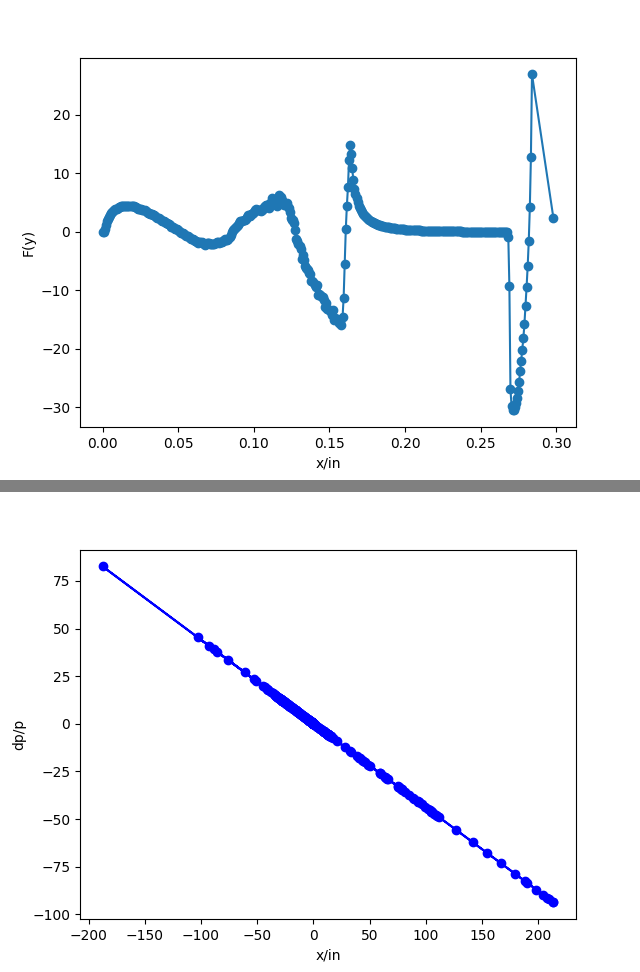
Repository: leiradom/Modified-linear-theory
Script's output: python 2_F_function.py
These files come from the project's save history. The script's output is drawn as it stood at one moment and after the next save; the edit follows.
Each picture stacks the figures in order, with grey between them; figures that are only written to a file come last. Random numbers start from a fixed seed.

Above is the script's output before, as saved 2021-04-14 11:24:27.

### 2_F_function.py
#本程序实现求解无升力构型的F函数
#同时求解出未经修正的压力信号
#F函数是无量纲的

import math
import numpy as np
import matplotlib.pyplot as plt


M = 1.7                    #输入马赫数
P0 = 101325                 #输入大气静压
gama = 1.4                  #比热比
B = math.sqrt(M * M - 1)    #修正因子
k = (1 / math.sqrt(2)) * (gama + 1) * M**4 * B**(-1.5)   #特征性系数k
r0 = 0.63072                      #r0为计算的位置  DWB为63.072  model1为20 2、3为10
con = (gama * M**2)/(math.sqrt(2 * B * r0))   #最后用来求压力的

volume = np.loadtxt("se.txt",dtype=np.float64)   #存放体积分布的数据文件
#Lift = np.loadtxt("volume.txt",dtype=np.float64)    #存放升力分布的数据文件
#cau = np.loadtxt("cauchy.txt",dtype=np.float64)      #积分含有哑元的存放

a = len(volume)        #a为b的长度
#print(a)              #检查文件长度

X = np.ones(a)     #存放x的数组
Y = np.ones(a)     #存放y的数组
Y0 = np.ones(a)    #存放含哑元的表达式的值


#提取体积分布数据中的两列数据
for i in range(0,a):
    c = volume[i][0]
    d = volume[i][1]
    #ca = cau[i][1]
    X[i] = c
    Y[i] = d
    #Y0[i] = ca

#print(X)
#print(Y)

#通过变上限积分求解F函数，积分使用梯形公式
F = np.ones(a, dtype=np.float64)   #产生一个长度为a的初始化数组
X1 = np.ones(a, dtype=np.float64)
delta_P = np.ones(a, dtype=np.float64)
X1[0] = 0.0        #强制F的第一个值为0
delta_P[0] = 0.0   #强制F的第一个值为0
F[0] = 0.0         #强制F的第一个值为0


for i in range(1,a):
    #内层积分，积到x
    s = 0
    for j in range(0,i-1):
        s0 =Y[j+1] * ((1 / math.sqrt(X[i]-X[j+1])) + Y[j] * (1 / math.sqrt(X[i]-X[j])) * (X[j + 1] - X[j]) / (2))
        #s0 = (((Y0[j+1] + Y0[j]) * (X[j + 1] - X[j])) / (2))    #第(j+1)个梯形的面积
        s = s0 + s    #S为最后的积分
    #内层积分，积到x
    F[i] = (1/(2 * math.pi)) * s     #乘以外面的一个/1200
    #求dp/p的值
    delta_P[i] = con * F[i]
    #扭曲后的x的值为x1
    X1[i] = (B * r0 - k * F[i] * math.sqrt(r0) + X[i])
    print(i,X[i],F[i])
    #print(X1[i]-B * r0,delta_P[i])


#将计算结果输出


#绘制F函数的图像
plt.plot(X, F,'-o')
plt.xlabel("x/in")
plt.ylabel('F(y)')
plt.show()




X0 = np.zeros(a)
for i in range(1,a):
    X0[i] = X1[i] - B * r0

#绘制未修正的过压的图像
plt.plot(X0, delta_P,'-o',c='b')
plt.xlabel("x/in")
plt.ylabel('dp/p')
plt.show()

'''
for i in range(1,a):
    print(X0[i],delta_P[i])
'''
#delta_P = np.ones[a]    #储存过压的数组
#delta_P[i] = P0 * ((gama * M * M)/(math.sqrt(2 * B * r0))) * F[i]

### se.txt
  0.0000000E+00  0.0000000E+00
  7.1150326E-04  9.2521057E-02
  1.4230065E-03  0.1377714
  2.1345099E-03  0.1453605
  2.8460131E-03  0.1411321
  3.5575163E-03  0.1369435
  4.2690197E-03  0.1320622
  4.9805227E-03  0.1410265
  5.6920261E-03  0.1218772
  6.4035296E-03  0.1095133
  7.1150325E-03  0.1070168
  7.8265360E-03  0.1050064
  8.5380394E-03  0.1020043
  9.2495428E-03  9.9586390E-02
  9.9610453E-03  0.1158955
  1.0672549E-02  8.6904086E-02
  1.1384052E-02  8.0675349E-02
  1.2095556E-02  7.7529542E-02
  1.2807059E-02  7.6915309E-02
  1.3518562E-02  7.4353196E-02
  1.4230065E-02  6.3599035E-02
  1.4941568E-02  5.6768138E-02
  1.5653072E-02  6.7310780E-02
  1.6364574E-02  5.6164488E-02
  1.7076079E-02  5.2460223E-02
  1.7787581E-02  5.0102849E-02
  1.8499086E-02  4.9276680E-02
  1.9210588E-02  4.8349641E-02
  1.9922091E-02  4.8471559E-02
  2.0633595E-02  3.9294865E-02
  2.1345098E-02  2.6847998E-02
  2.2056602E-02  1.6341720E-02
  2.2768104E-02  1.7721495E-02
  2.3479607E-02  2.6898302E-02
  2.4191111E-02  3.3933859E-02
  2.4902614E-02  2.2270327E-02
  2.5614118E-02  1.1023833E-02
  2.6325621E-02  2.0840364E-02
  2.7037123E-02  8.0199055E-03
  2.7748628E-02  1.9115644E-03
  2.8460130E-02 -4.5273658E-03
  2.9171634E-02 -1.4070838E-02
  2.9883137E-02 -7.4737854E-03
  3.0594639E-02 -1.2906586E-02
  3.1306144E-02  9.9602044E-03
  3.2017648E-02  7.5313156E-03
  3.2729149E-02 -2.7739098E-03
  3.3440653E-02 -1.3380881E-02
  3.4152158E-02 -2.2062156E-02
  3.4863658E-02 -3.6377024E-02
  3.5575163E-02 -2.6919860E-02
  3.6286667E-02 -1.7132128E-02
  3.6998171E-02 -2.1832192E-02
  3.7709672E-02 -3.3847447E-02
  3.8421176E-02 -3.6420144E-02
  3.9132681E-02 -2.6704552E-02
  3.9844181E-02 -1.9776683E-02
  4.0555686E-02 -2.8084040E-02
  4.1267190E-02 -4.6423949E-02
  4.1978691E-02 -2.6129369E-02
  4.2690195E-02 -2.8371492E-02
  4.3401700E-02 -3.8489796E-02
  4.4113204E-02 -4.9815916E-02
  4.4824705E-02 -6.3670576E-02
  4.5536209E-02 -3.7914891E-02
  4.6247713E-02 -6.7523129E-02
  4.6959214E-02 -4.8751824E-02
  4.7670718E-02 -3.7311245E-02
  4.8382223E-02 -3.6132690E-02
  4.9093727E-02 -4.5590330E-02
  4.9805228E-02 -6.1715901E-02
  5.0516732E-02 -7.5197391E-02
  5.1228236E-02 -6.1084144E-02
  5.1939737E-02 -4.6538446E-02
  5.2651241E-02 -4.2830318E-02
  5.3362746E-02 -4.9212262E-02
  5.4074246E-02 -6.3325629E-02
  5.4785751E-02 -7.6203473E-02
  5.5497255E-02 -4.9441710E-02
  5.6208760E-02 -6.7321911E-02
  5.6920260E-02 -7.4679978E-02
  5.7631765E-02 -7.3185228E-02
  5.8343269E-02 -6.0078055E-02
  5.9054770E-02 -5.4127172E-02
  5.9766274E-02 -6.9477096E-02
  6.0477778E-02 -7.4968211E-02
  6.1189279E-02 -6.2262058E-02
  6.1900783E-02 -8.2843609E-02
  6.2612288E-02 -6.2808871E-02
  6.3323788E-02 -4.7371555E-02
  6.4035296E-02 -3.9611273E-02
  6.4746797E-02 -3.8835142E-02
  6.5458298E-02 -7.5139105E-02
  6.6169806E-02 -8.2758233E-02
  6.6881306E-02 -6.3901201E-02
  6.7592807E-02 -2.9262284E-02
  6.8304315E-02 -1.2188083E-02
  6.9015816E-02 -1.9288218E-02
  6.9727316E-02 -4.2743631E-02
  7.0438825E-02 -5.2661721E-02
  7.1150325E-02 -4.8090179E-02
  7.1861833E-02 -4.0214926E-02
  7.2573334E-02 -4.9643442E-02
  7.3284835E-02 -2.4893062E-02
  7.3996343E-02 -2.1559109E-03
  7.4707843E-02 -3.9093853E-03
  7.5419344E-02 -2.1874851E-02
  7.6130852E-02 -3.0901391E-02
  7.6842353E-02 -1.1354464E-02
  7.7553853E-02 -2.7365122E-02
  7.8265361E-02 -1.2992957E-02
  7.8976862E-02  9.6297357E-03
  7.9688363E-02  2.0380117E-02
  8.0399871E-02  4.8004952E-03
  8.1111372E-02 -1.2216829E-02
  8.1822872E-02 -1.2015359E-02
  8.2534380E-02  2.0696746E-02
  8.3245881E-02  4.4756711E-02
  8.3957382E-02  7.0367455E-02
  8.4668890E-02  9.4630122E-02
  8.5380390E-02  0.1028492
  8.6091898E-02  7.5600609E-02
  8.6803399E-02  6.6747002E-02
  8.7514900E-02  6.6515647E-02
  8.8226408E-02  6.5453455E-02
  8.8937908E-02  8.2557015E-02
  8.9649409E-02  0.1078795
  9.0360917E-02  0.1120786
  9.1072418E-02  5.9388161E-02
  9.1783918E-02  5.7001092E-02
  9.2495427E-02  6.6632025E-02
  9.3206927E-02  5.4702647E-02
  9.3918428E-02  7.7438697E-02
  9.4629936E-02  0.1130272
  9.5341437E-02  0.1081980
  9.6052937E-02  4.5934312E-02
  9.6764445E-02  7.2007425E-02
  9.7475946E-02  0.1080807
  9.8187454E-02  6.5654673E-02
  9.8898955E-02  7.3559687E-02
  9.9610455E-02  0.1090179
  0.1003220      0.1152406
  0.1010335      9.0835713E-02
  0.1017450      6.9506571E-02
  0.1024565      6.0940418E-02
  0.1031680      4.1739307E-02
  0.1038795      4.4584241E-02
  0.1045910      6.4677328E-02
  0.1053025      8.7127551E-02
  0.1060140      0.1031963
  0.1067255      0.1167641
  0.1074370      9.4716355E-02
  0.1081485      6.9679044E-02
  0.1088600      1.5522559E-03
  0.1095715      2.5497241E-02
  0.1102830      0.1784807
  0.1109945      0.2293889
  0.1117060     -5.1685452E-02
  0.1124175      4.0358655E-02
  0.1131290      8.6753860E-02
  0.1138405      7.0713880E-03
  0.1145520      1.2533030E-02
  0.1152635      0.1665513
  0.1159750      0.2465212
  0.1166865      6.7839332E-02
  0.1173980      8.8708550E-02
  0.1181095     -4.1393493E-03
  0.1188210     -4.1853420E-02
  0.1195325     -1.3568150E-02
  0.1202440      4.5691919E-02
  0.1209556      5.4271467E-02
  0.1216671     -7.1518756E-02
  0.1223786     -2.5813442E-02
  0.1230901     -0.1153293
  0.1238016     -0.1706907
  0.1245131     -0.1318815
  0.1252246     -6.1572816E-02
  0.1259361     -0.1164767
  0.1266476     -0.2412321
  0.1273591     -0.3788238
  0.1280706     -0.2044953
  0.1287821     -0.2312286
  0.1294936     -0.2068525
  0.1302051     -0.2074849
  0.1309166     -0.4286526
  0.1316281     -9.5090047E-02
  0.1323396     -0.2767040
  0.1330511     -0.3347124
  0.1337626     -0.2561797
  0.1344741     -0.2162810
  0.1351856     -0.2292165
  0.1358971     -0.2378401
  0.1366086     -0.2208803
  0.1373201     -0.3793254
  0.1380316     -0.2300213
  0.1387431     -0.2171434
  0.1394546     -0.2682528
  0.1401661     -0.2583644
  0.1408776     -0.1354487
  0.1415891     -0.4438911
  0.1423007     -0.2316311
  0.1430122     -0.2316311
  0.1437237     -0.2276067
  0.1444352     -0.2108193
  0.1451467     -0.2111643
  0.1458582     -0.2554898
  0.1465697     -0.3850169
  0.1472812     -0.1239505
  0.1479927     -0.3759909
  0.1487042     -0.2655507
  0.1494157     -0.2193280
  0.1501272     -0.2594567
  0.1508387     -0.2891220
  0.1515502     -7.1633734E-02
  0.1522617     -0.4548110
  0.1529732     -0.2042079
  0.1536847     -0.2465787
  0.1543962     -0.2041504
  0.1551077     -0.2150737
  0.1558192     -0.2902553
  0.1565307     -0.1766410
  0.1572422     -0.2940088
  0.1579537      2.1300400E-02
  0.1586652      0.4237659
  0.1593767      0.9862286
  0.1600882       1.246375
  0.1607997       1.131710
  0.1615112       1.052889
  0.1622227       1.346208
  0.1629342       1.099630
  0.1636457      0.4337284
  0.1643573      9.5262520E-02
  0.1650688     -1.7132306E-02
  0.1657803     -1.1958119E-02
  0.1664918      3.2194937E-03
  0.1672033      3.2684978E-02
  0.1679148     -9.6297357E-03
  0.1686263     -1.9345708E-02
  0.1693378     -3.5931850E-03
  0.1700493      5.8065867E-03
  0.1707608      3.2194937E-03
  0.1714723     -7.4738247E-04
  0.1721838      0.0000000E+00
  0.1728953      0.0000000E+00
  0.1736068      0.0000000E+00
  0.1743183      0.0000000E+00
  0.1750298      0.0000000E+00
  0.1757413      0.0000000E+00
  0.1764528      0.0000000E+00
  0.1771643      0.0000000E+00
  0.1778758      0.0000000E+00
  0.1785873      0.0000000E+00
  0.1792988      0.0000000E+00
  0.1800103      0.0000000E+00
  0.1807218      0.0000000E+00
  0.1814333      0.0000000E+00
  0.1821448      0.0000000E+00
  0.1828563      0.0000000E+00
  0.1835678      0.0000000E+00
  0.1842794      0.0000000E+00
  0.1849909      0.0000000E+00
  0.1857024      0.0000000E+00
  0.1864139      0.0000000E+00
  0.1871254      0.0000000E+00
  0.1878369      0.0000000E+00
  0.1885484      0.0000000E+00
  0.1892599      0.0000000E+00
  0.1899714      0.0000000E+00
  0.1906829      0.0000000E+00
  0.1913944      0.0000000E+00
  0.1921059      0.0000000E+00
  0.1928174      0.0000000E+00
  0.1935289      0.0000000E+00
  0.1942404      0.0000000E+00
  0.1949519      0.0000000E+00
  0.1956634      0.0000000E+00
  0.1963749      0.0000000E+00
  0.1970864      0.0000000E+00
  0.1977979      0.0000000E+00
  0.1985094      0.0000000E+00
  0.1992209      0.0000000E+00
  0.1999324      0.0000000E+00
  0.2006439      0.0000000E+00
  0.2013554      0.0000000E+00
  0.2020669      0.0000000E+00
  0.2027784      0.0000000E+00
  0.2034899      0.0000000E+00
  0.2042014      0.0000000E+00
  0.2049129      0.0000000E+00
  0.2056244      0.0000000E+00
  0.2063359      0.0000000E+00
  0.2070474      0.0000000E+00
  0.2077589      0.0000000E+00
  0.2084705      0.0000000E+00
  0.2091820      0.0000000E+00
  0.2098935      0.0000000E+00
  0.2106050      0.0000000E+00
  0.2113165      0.0000000E+00
  0.2120280      0.0000000E+00
  0.2127395      0.0000000E+00
  0.2134510      0.0000000E+00
  0.2141625      0.0000000E+00
  0.2148740      0.0000000E+00
  0.2155855      0.0000000E+00
  0.2162970      0.0000000E+00
  0.2170085      0.0000000E+00
  0.2177200      0.0000000E+00
  0.2184315      0.0000000E+00
  0.2191430      0.0000000E+00
  0.2198545      0.0000000E+00
  0.2205660      0.0000000E+00
  0.2212775      0.0000000E+00
  0.2219890      0.0000000E+00
  0.2227005      0.0000000E+00
  0.2234120      0.0000000E+00
  0.2241235      0.0000000E+00
  0.2248350      0.0000000E+00
  0.2255465      0.0000000E+00
  0.2262580      0.0000000E+00
  0.2269695      0.0000000E+00
  0.2276810      0.0000000E+00
  0.2283925      0.0000000E+00
  0.2291041      0.0000000E+00
  0.2298156      0.0000000E+00
  0.2305271      0.0000000E+00
  0.2312386      0.0000000E+00
  0.2319501      0.0000000E+00
  0.2326616      0.0000000E+00
  0.2333731      0.0000000E+00
  0.2340846      0.0000000E+00
  0.2347961      0.0000000E+00
  0.2355076      0.0000000E+00
  0.2362191      0.0000000E+00
  0.2369306      0.0000000E+00
  0.2376421      0.0000000E+00
  0.2383536      0.0000000E+00
  0.2390651      0.0000000E+00
  0.2397766      0.0000000E+00
  0.2404881      0.0000000E+00
  0.2411996      0.0000000E+00
  0.2419111      0.0000000E+00
  0.2426226      0.0000000E+00
  0.2433341      0.0000000E+00
  0.2440456      0.0000000E+00
  0.2447571      0.0000000E+00
  0.2454686      0.0000000E+00
  0.2461801      0.0000000E+00
  0.2468916      0.0000000E+00
  0.2476031      0.0000000E+00
  0.2483146      0.0000000E+00
  0.2490261      0.0000000E+00
  0.2497377      0.0000000E+00
  0.2504492      0.0000000E+00
  0.2511607      0.0000000E+00
  0.2518722      0.0000000E+00
  0.2525837      0.0000000E+00
  0.2532952      0.0000000E+00
  0.2540067      0.0000000E+00
  0.2547182      0.0000000E+00
  0.2554297      0.0000000E+00
  0.2561412      0.0000000E+00
  0.2568527      0.0000000E+00
  0.2575642      0.0000000E+00
  0.2582757      0.0000000E+00
  0.2589872      0.0000000E+00
  0.2596987      0.0000000E+00
  0.2604102      0.0000000E+00
  0.2611217      0.0000000E+00
  0.2618332      0.0000000E+00
  0.2625447      0.0000000E+00
  0.2632562      0.0000000E+00
  0.2639677      0.0000000E+00
  0.2646792      0.0000000E+00
  0.2653907      0.0000000E+00
  0.2661022      0.0000000E+00
  0.2668137      0.0000000E+00
  0.2675252     -0.1592212
  0.2682367      -1.433192
  0.2689482      -3.409817
  0.2696597      -1.659649
  0.2703712      -1.186642
  0.2710827     -0.8998236
  0.2717943     -0.7024245
  0.2725058     -0.5582085
  0.2732173     -0.4468485
  0.2739288     -0.3177238
  0.2746403     -0.1874493
  0.2753518     -5.1612508E-02
  0.2760633      2.4563013E-02
  0.2767748      9.6929759E-02
  0.2774863      0.2040210
  0.2781978      0.3428545
  0.2789093      0.5190356
  0.2796208      0.6448761
  0.2803323      0.7841479
  0.2810438       1.009947
  0.2817553       1.376935
  0.2824668       2.031385
  0.2831783       3.249129
  0.2838898      0.0000000E+00
  0.2980843      0.0000000E+00

After the next save:
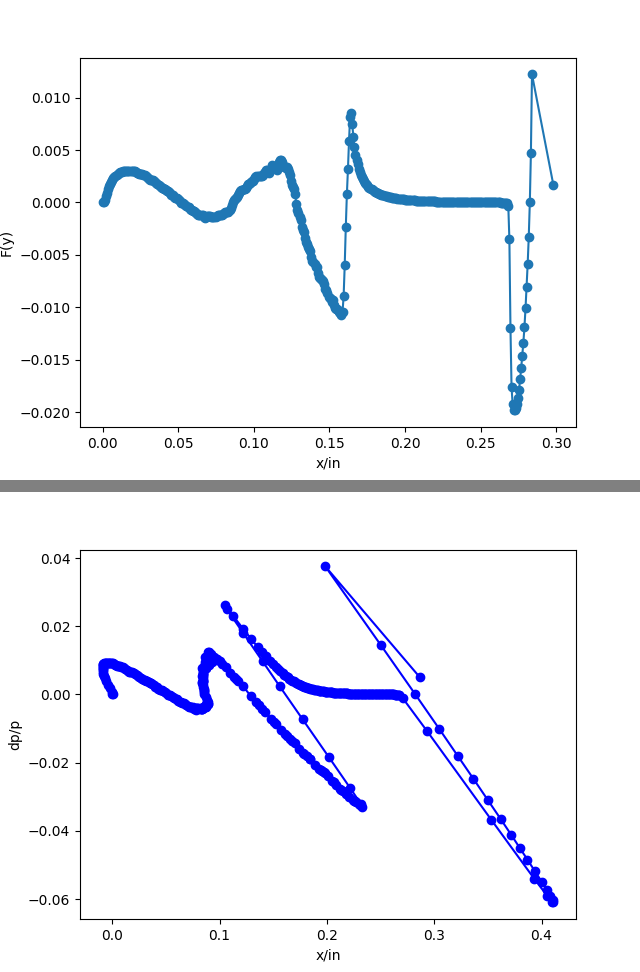
Saved 2 min 34 s later.
--- a/2_F_function.py
+++ b/2_F_function.py
@@ -52,7 +52,7 @@ for i in range(1,a):
     #内层积分，积到x
     s = 0
     for j in range(0,i-1):
-        s0 =Y[j+1] * ((1 / math.sqrt(X[i]-X[j+1])) + Y[j] * (1 / math.sqrt(X[i]-X[j])) * (X[j + 1] - X[j]) / (2))
+        s0 = (Y[j+1] * (1 / math.sqrt(X[i]-X[j+1])) + Y[j] * (1 / math.sqrt(X[i]-X[j]))) * (X[j + 1] - X[j]) / (2)
         #s0 = (((Y0[j+1] + Y0[j]) * (X[j + 1] - X[j])) / (2))    #第(j+1)个梯形的面积
         s = s0 + s    #S为最后的积分
     #内层积分，积到x
